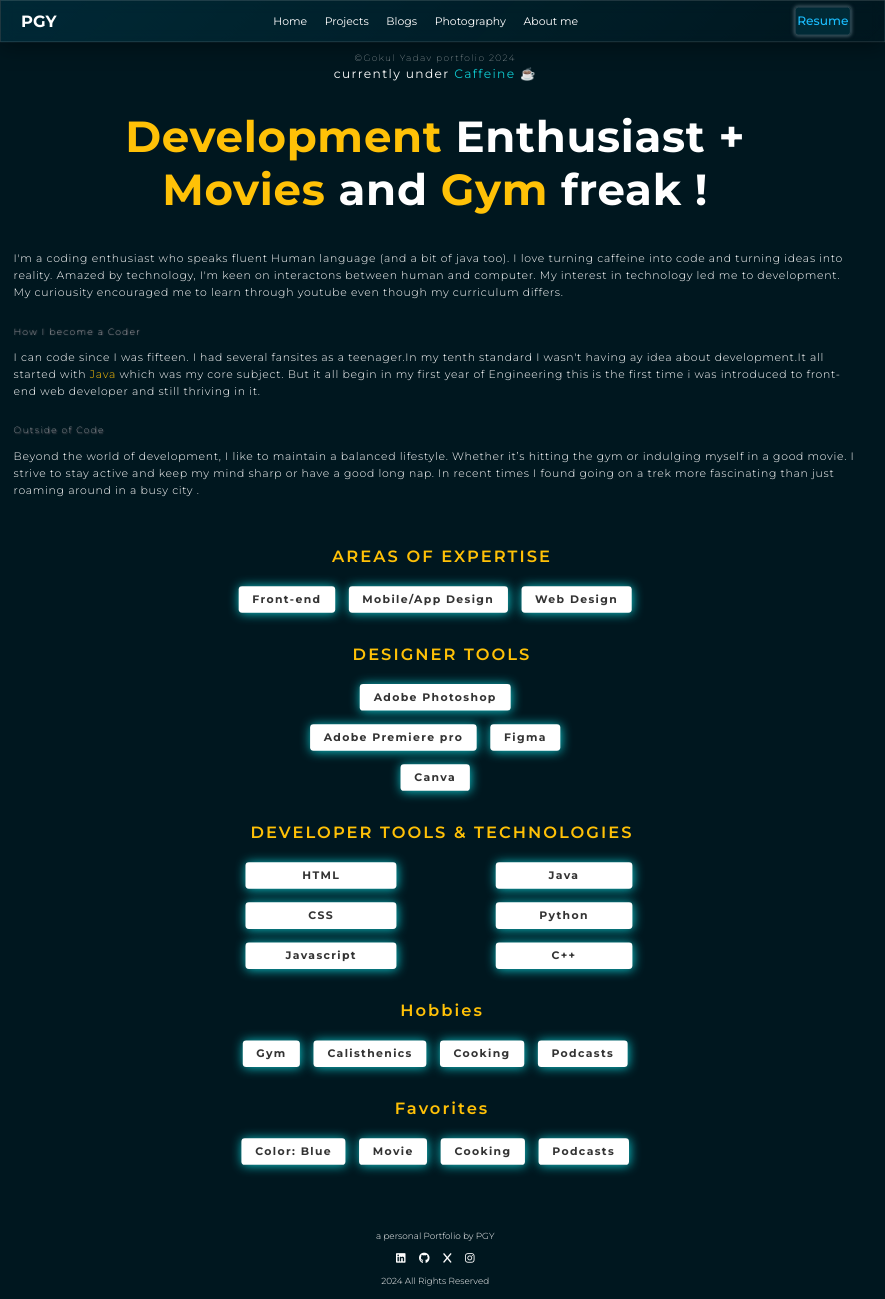
Repository: pgyunknown/pgyunknown
Page: aboutme.html
An editor plug-in stored every save of this project. The page is shown before and after the next save, followed by the edit.
The browser window is 1280 px wide. The page is 1302 px wide, so the pictures cover 1302 px, including what lies to the right of the window. The pictures show the whole page, at 68% of full size.
Some web libraries are served in a nearby version.

Above is the page before, as saved 2024-08-25 14:44:58.

After the next save:
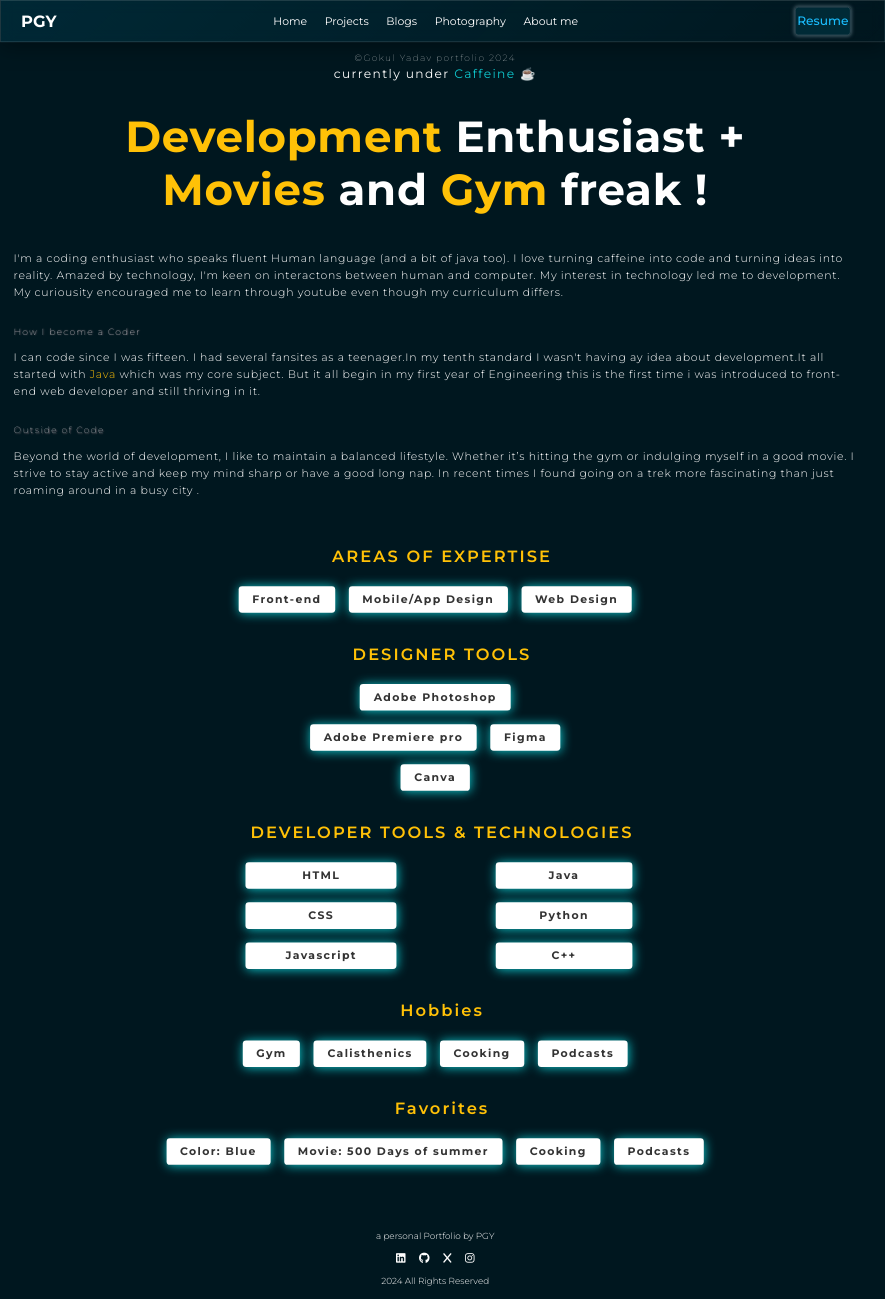
Saved 9 s later.
--- a/aboutme.html
+++ b/aboutme.html
@@ -121,7 +121,7 @@
         <div class="areas">
             <ul>
                     <li>Color: Blue</li>
-                    <li>Movie</li>
+                    <li>Movie: 500 Days of summer</li>
                     <li>Cooking</li>
                     <li>Podcasts</li>
             </ul>
